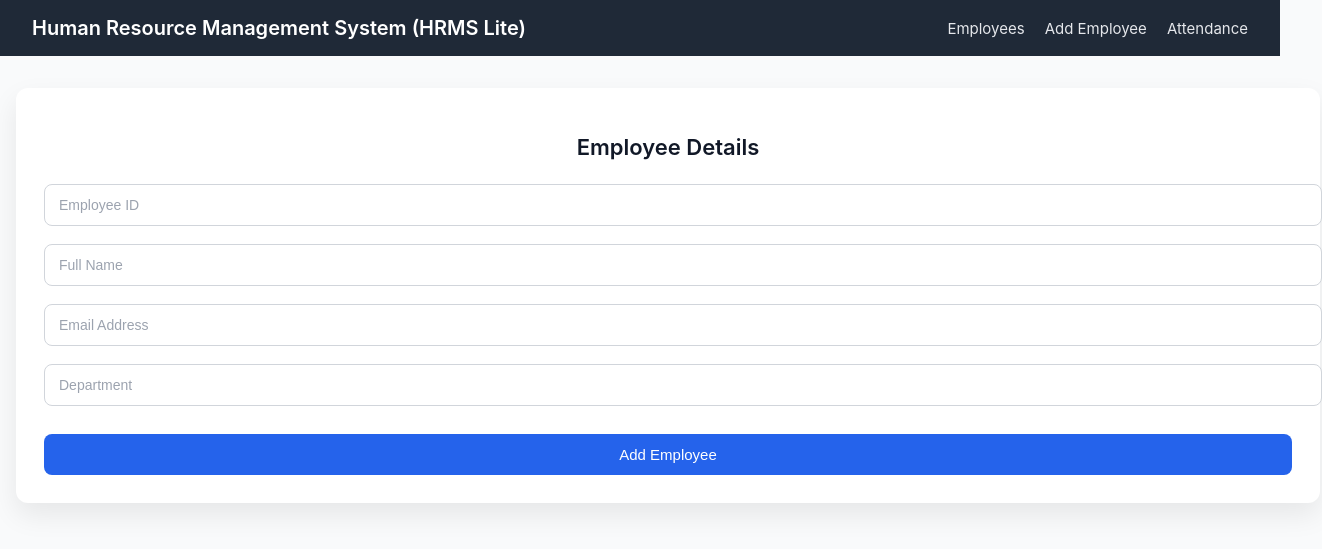
Repository: gautamsonam011/hrmsfrontend
Page: /employees/add
The author's editor kept a copy of each file at every save. The page is drawn from the files as they stood at one save, then again after the next save.
The browser window is 1280 px wide. The page is 1322 px wide, then 1280 px, so the pictures cover 1322 px, including what lies to the right of the window. The pictures show the whole page.
The project was rebuilt for these pictures with package versions that can differ from the ones it lists, and the page was loaded fresh each time. Also part of the build but not shown: src/components/Loader.jsx, src/components/EmptyState.jsx, src/pages/Employees.jsx, src/components/ErrorState.jsx, src/pages/Attendance.jsx, src/api/attendanceApi.js, src/pages/AddAttendance.jsx.

Above is the page before, as saved 2026-01-31 19:10:40.

After the next save:
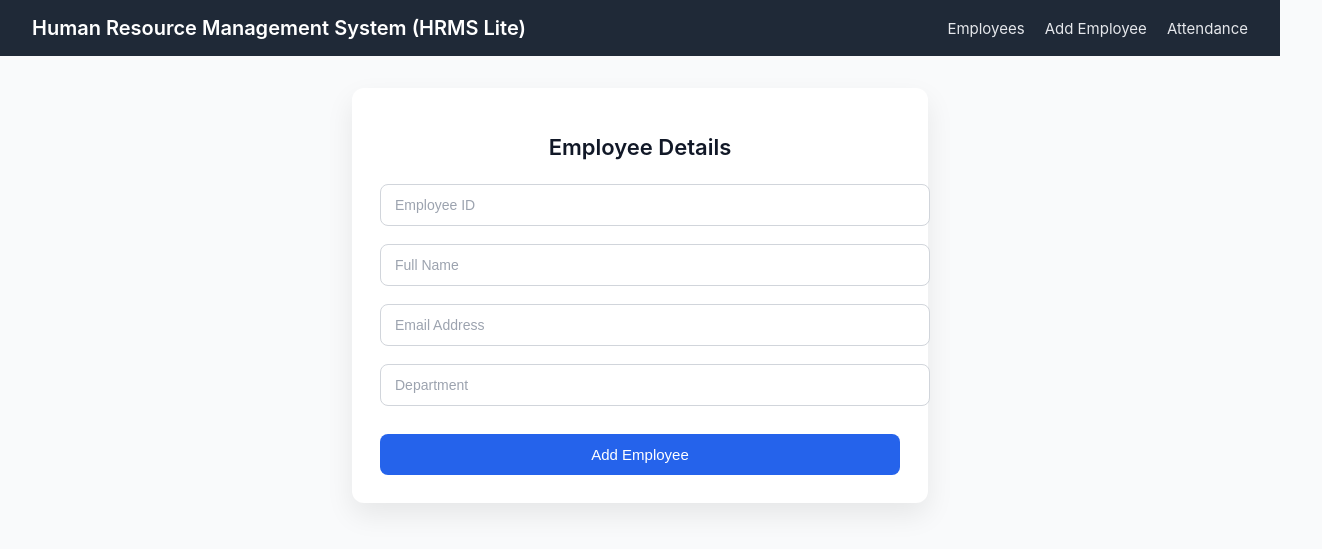
Saved 20 s later.
--- a/src/style.css
+++ b/src/style.css
@@ -100,7 +100,7 @@ body {
 
 /* ===== Add Employee Form ===== */
 .employee-form-wrapper {
-  /* display: flex; */
+  display: flex;
   justify-content: center;
   padding: 32px 16px;
 }
@@ -108,6 +108,7 @@ body {
 .employee-form {
   background: #ffffff;
   width: 100%;
+  max-width: 520px;
   padding: 28px;
   border-radius: 12px;
   box-shadow: 0 12px 28px rgba(0, 0, 0, 0.08);
